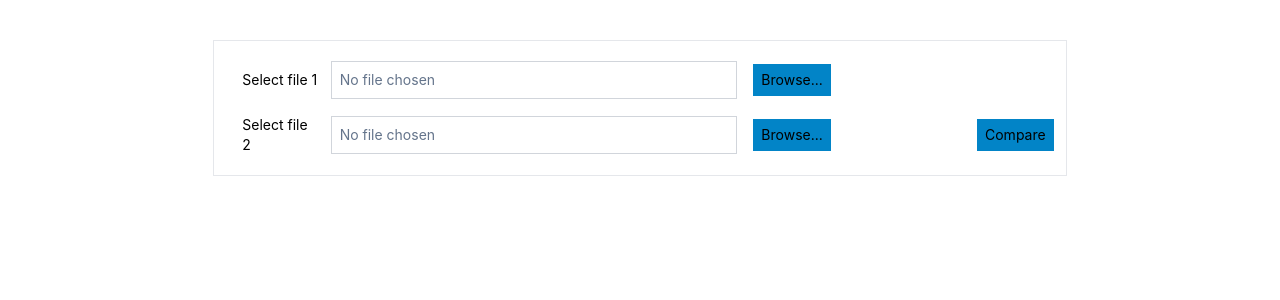
Repository: chionye/paymentology-front
Page: /
These files come from the project's save history. The page is drawn as it stood at one moment and after the next save; the edit follows.
The browser window is 1280 px wide. The pictures show the whole page.
The project was rebuilt for these pictures with package versions that can differ from the ones it lists, and the page was loaded fresh each time.

Above is the page before, as saved 2022-03-16 13:26:54.

After the next save:
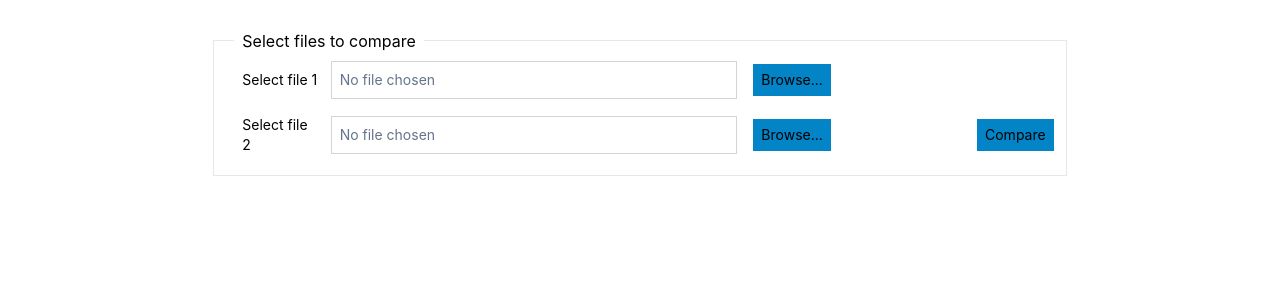
Saved 19 s later.
--- a/src/App.js
+++ b/src/App.js
@@ -2,7 +2,7 @@ import Section from "./components/Section";
 
 function App() {
   return (
-    <Section />
+    <Section title={"Select files to compare"} />
   );
 }
 
